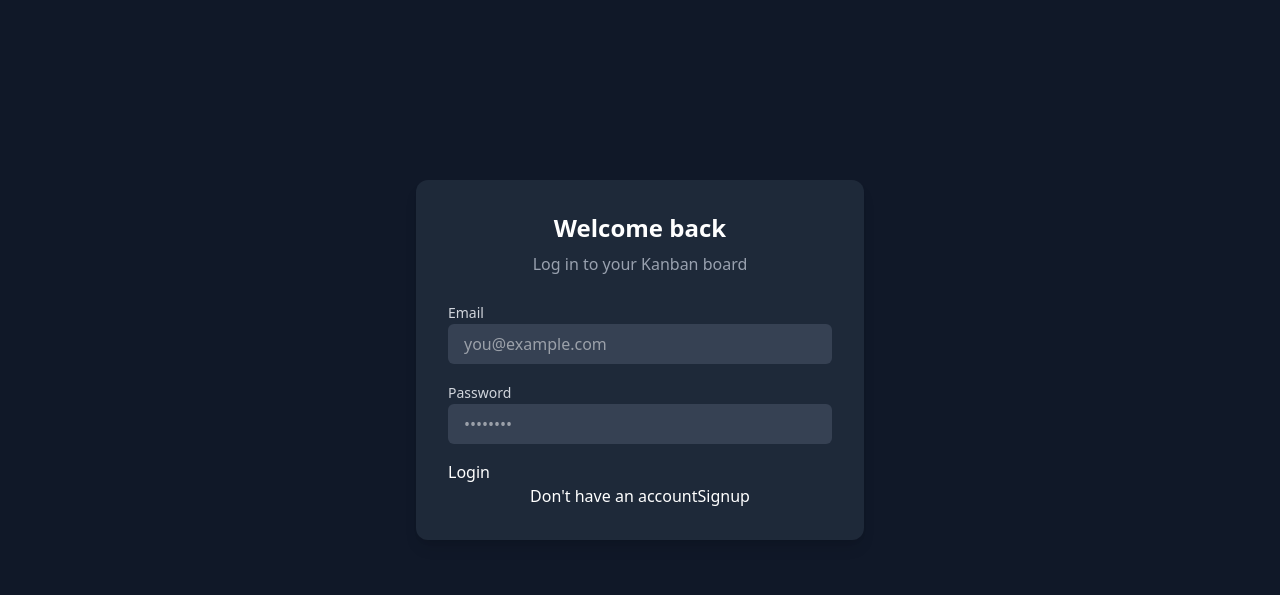
Repository: Reno-mathews/Kanban-Board-MERN
Page: / (app in frontend/)
These files come from the project's save history. The page is drawn as it stood at one moment and after the next save; the edit follows.
The browser window is 1280 px wide. The pictures show the whole page.
The project was rebuilt for these pictures with package versions that can differ from the ones it lists, and the page was loaded fresh each time. Also part of the build but not shown: frontend/vite.config.js, frontend/src/components/TaskCard.jsx, frontend/src/components/Column.jsx, frontend/src/components/SearchBar.jsx, frontend/src/components/AddTaskModal.jsx, frontend/src/components/EditTaskModal.jsx, frontend/src/hooks/useKanbanBoard.js, frontend/src/components/Board.jsx and 1 more.

Above is the page before, as saved 2026-01-29 10:09:53.

After the next save:
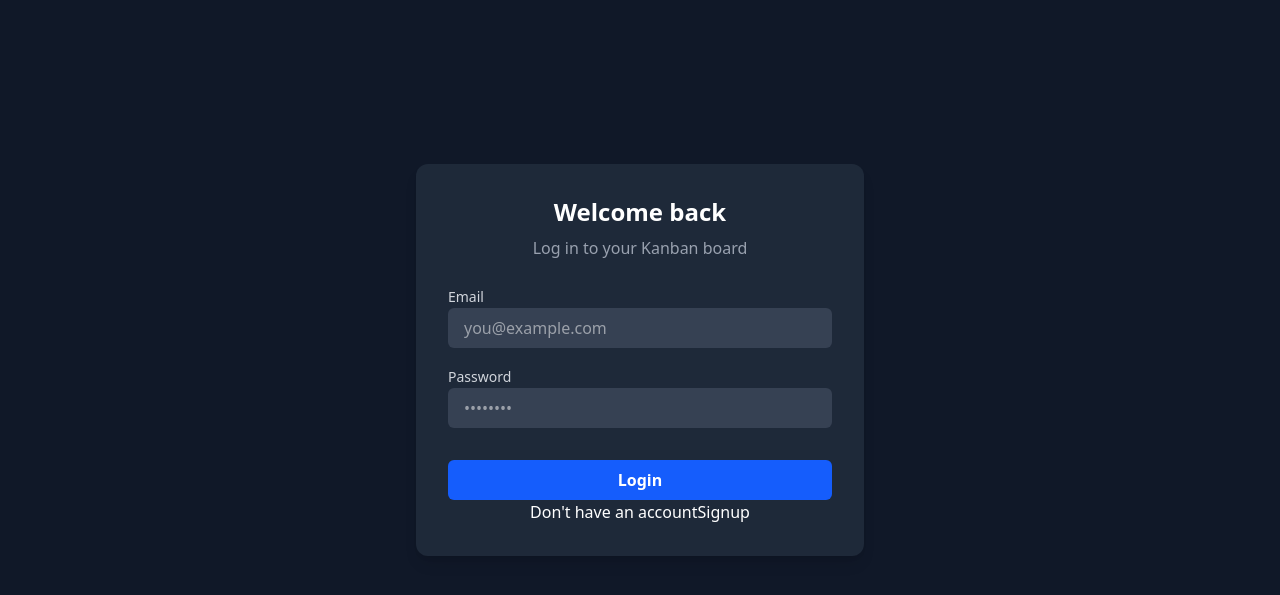
Saved 5 min 21 s later.
--- a/frontend/src/components/AuthForm.jsx
+++ b/frontend/src/components/AuthForm.jsx
@@ -46,8 +46,8 @@ function AuthForm ({
                         </div>
 
                             <button
-                                className=""
                                 type="submit"
+                                className="w-full mt-4 py-2 rounded-md bg-blue-600 hover:bg-blue-700 transition font-semibold"
                                 >
                                     {isSignup ? "Signup": "Login"}
                             </button>
